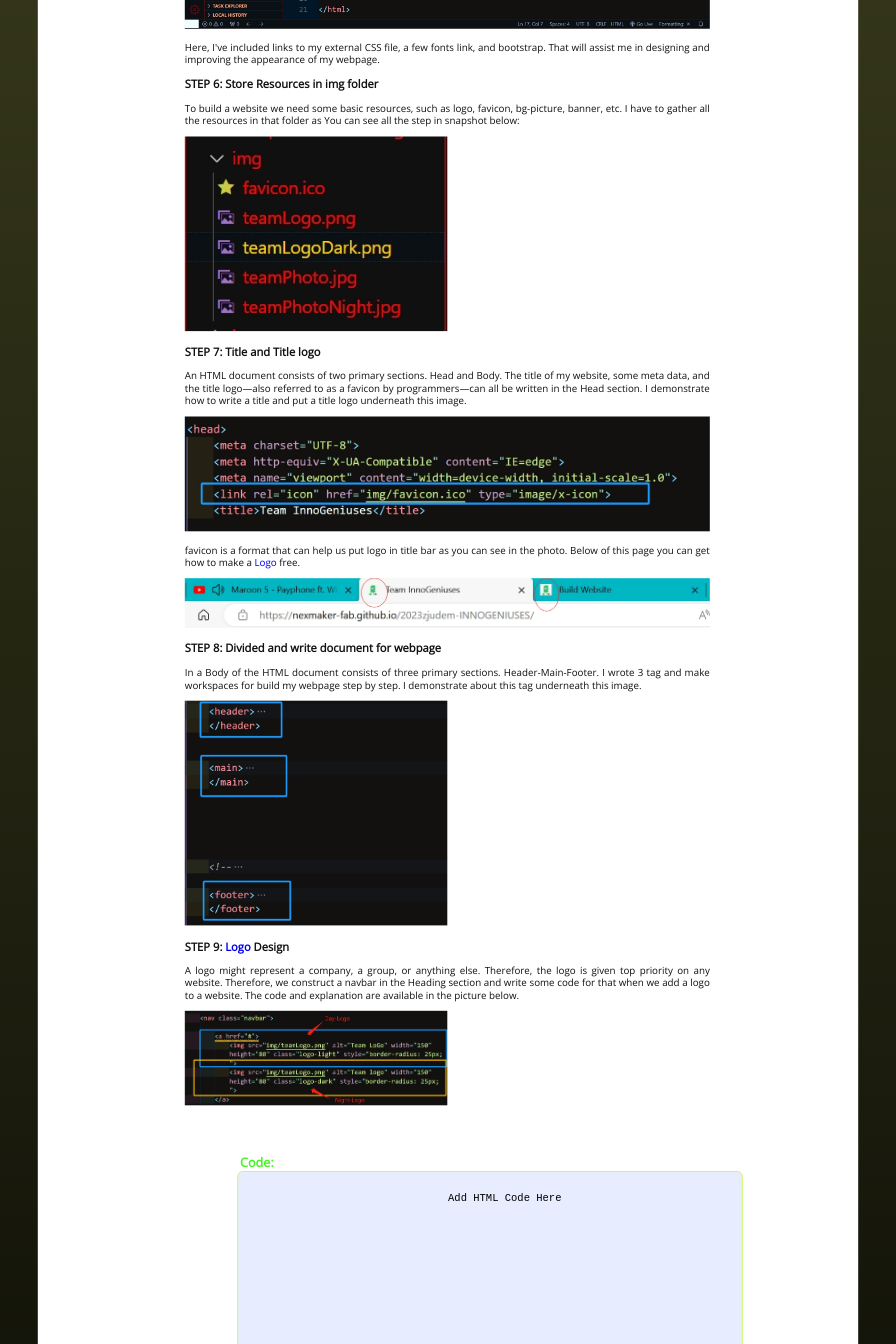
Repository: NexMaker-Fab/2023zjudem-INNOGENIUSES
Page: build web/page1.html
These files come from the project's save history. The page is drawn as it stood at one moment and after the next save; the edit follows.
The browser window is 1280 px wide. The pictures show the part of the page from y = 4580 to 6500 px (the page is 10397 px tall before and 10532 px after), at 70% of full size.

Above is the page before, as saved 2023-11-27 02:03:26.

After the next save:
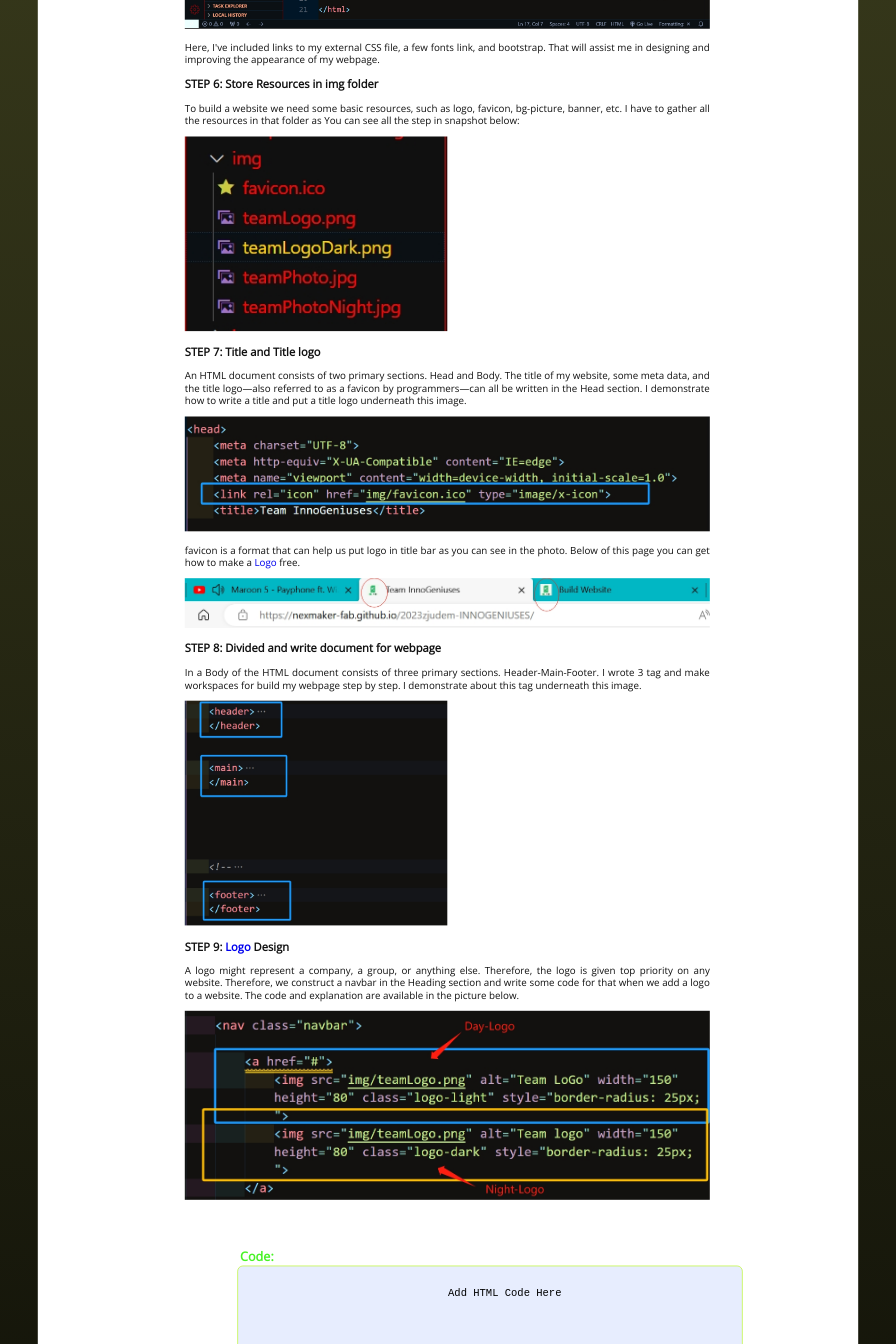
Saved 7 s later.
--- a/build web/page1.html
+++ b/build web/page1.html
@@ -136,7 +136,7 @@
                         <p>A logo might represent a company, a group, or anything else. Therefore, the logo is given top priority on any website. Therefore, we construct a navbar in the Heading section and write some code for that when we add a logo to a
                             website. The code and explanation are available in the picture below.
                         </p>
-                        <img src="img/bw5.png" alt="description photo" style="width:50%; height:fit-content;">
+                        <img src="img/bw5.png" alt="description photo" style="width:100%; height:fit-content;">
                         <div class="text-boxes">
                             <div class="text-box CodeBox">
                                 <div class="topic">Code:</div>
